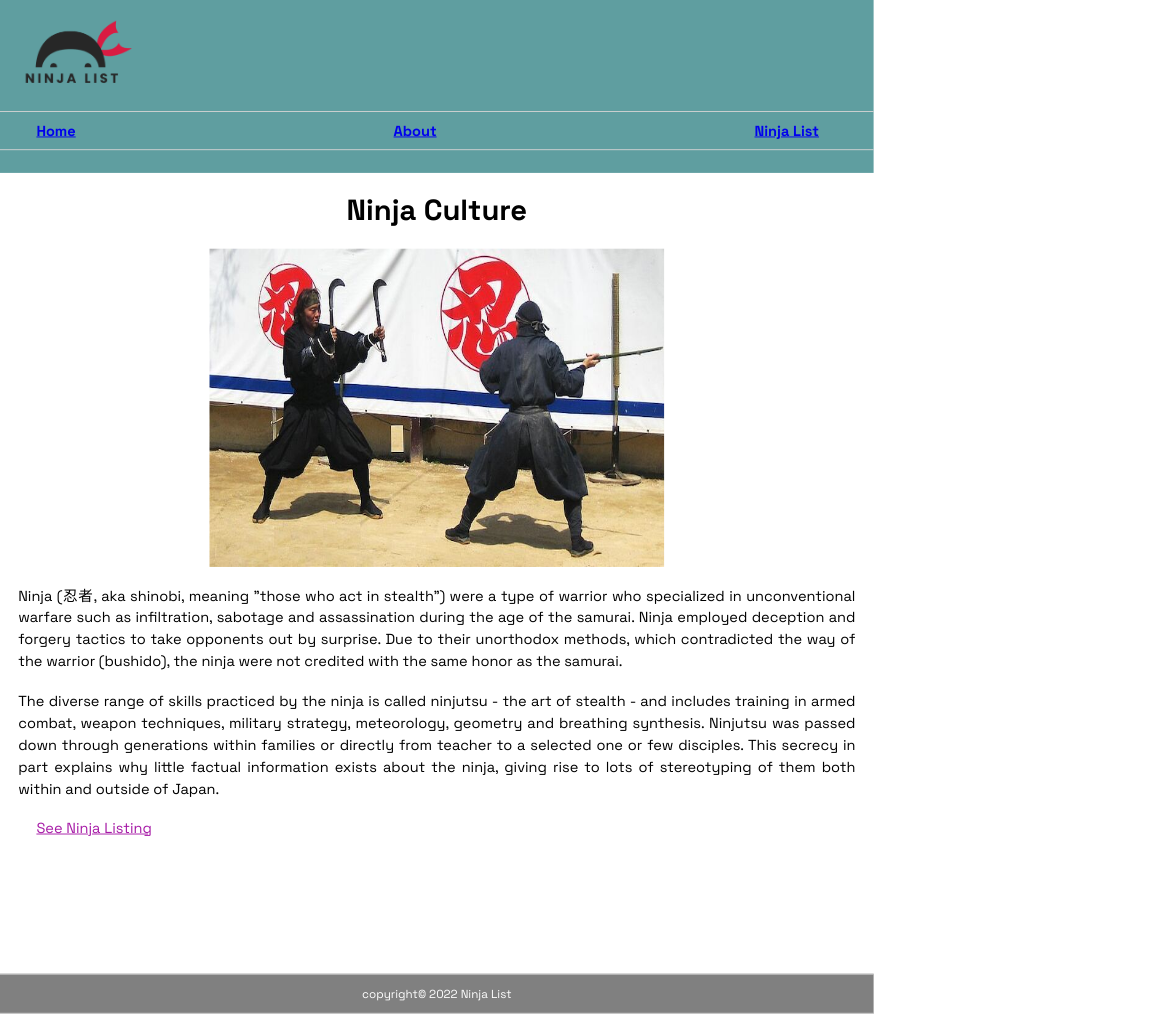
Repository: SaadYasin/ninja-list-next-training
Page: /
An editor plug-in stored every save of this project. The page is shown before and after the next save, followed by the edit.
The browser window is 1280 px wide. The pictures show the whole page, at 91% of full size.
The project was rebuilt for these pictures with package versions that can differ from the ones it lists, and the page was loaded fresh each time. The framework's server and built-in components were replaced by stand-ins that run in the browser. Also part of the build but not shown: next.config.js.

Above is the page before, as saved 2022-10-15 23:28:53.

After the next save:
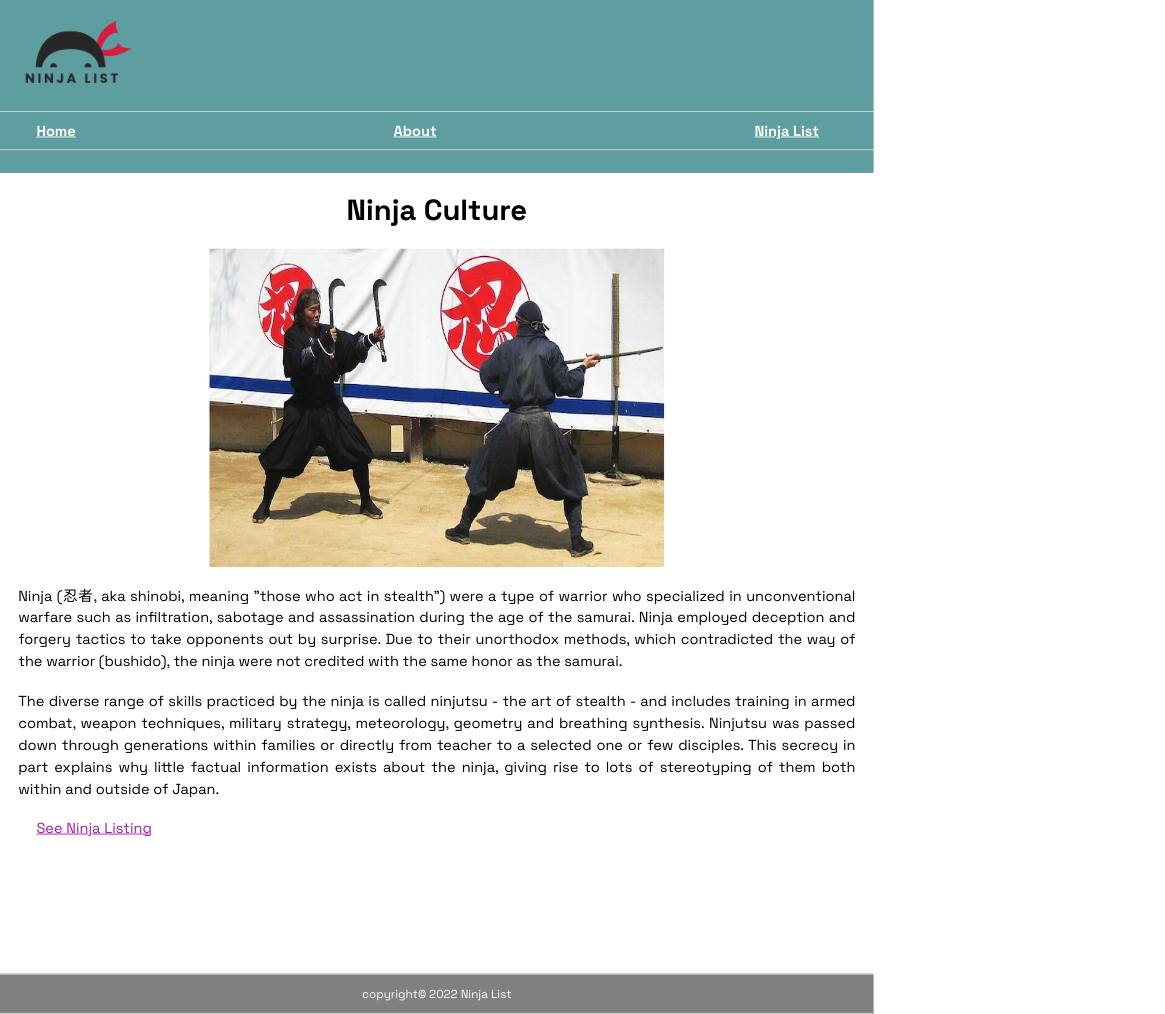
Saved 5 s later.
--- a/styles/Navbar.module.css
+++ b/styles/Navbar.module.css
@@ -17,7 +17,7 @@
 
 .linkItem {
   font-size: 1rem;
-  color: ;
+  color: white;
   font-weight: bold;
   margin-right: 20px;
 }
